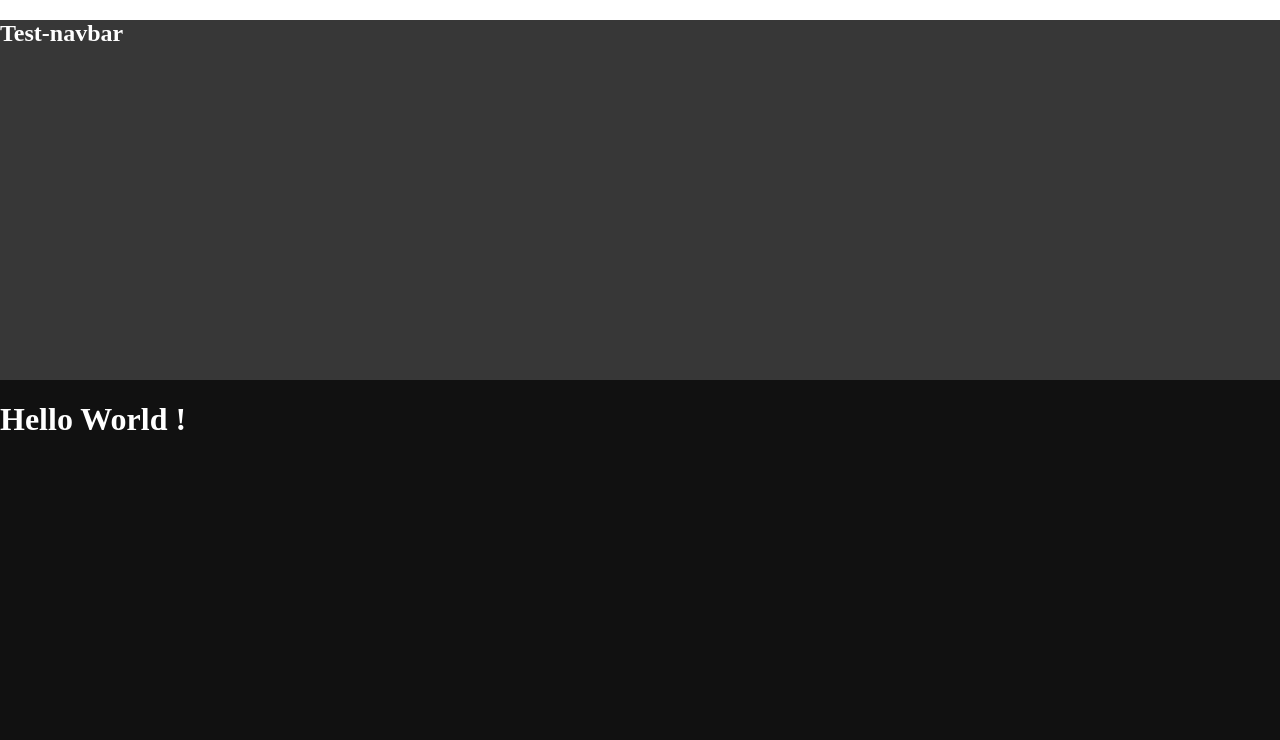
Repository: lolo298/lolo298.github.io
Page: index.html
These files come from the project's save history. The page is drawn as it stood at one moment and after the next save; the edit follows.
The browser window is 1280 px wide. The pictures show the whole page.

Above is the page before, as saved 2022-05-09 16:33:12.

After the next save:
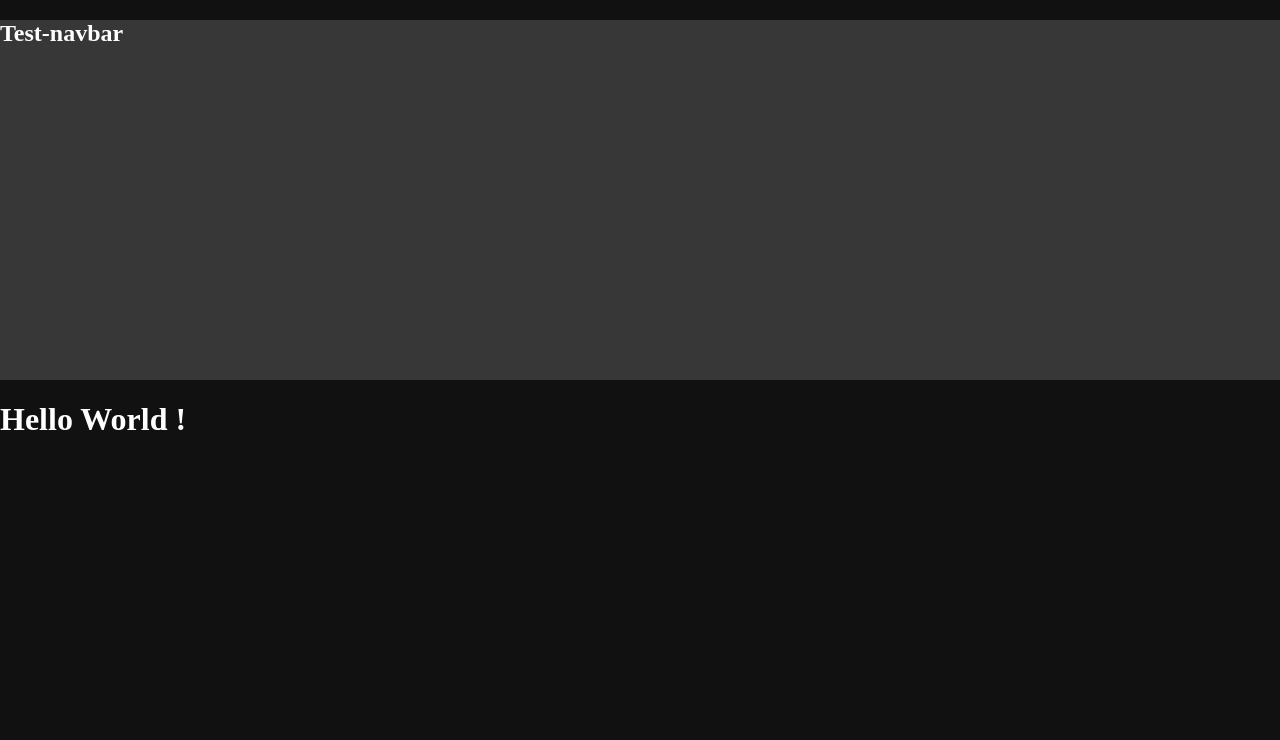
Saved 45 s later.
--- a/css/style.css
+++ b/css/style.css
@@ -1,5 +1,8 @@
+html {
+    background-color: #111111;
+}
+
 .main-container {
-    background-color: #111111;
     color: white;
     height: 100vh;
 }
